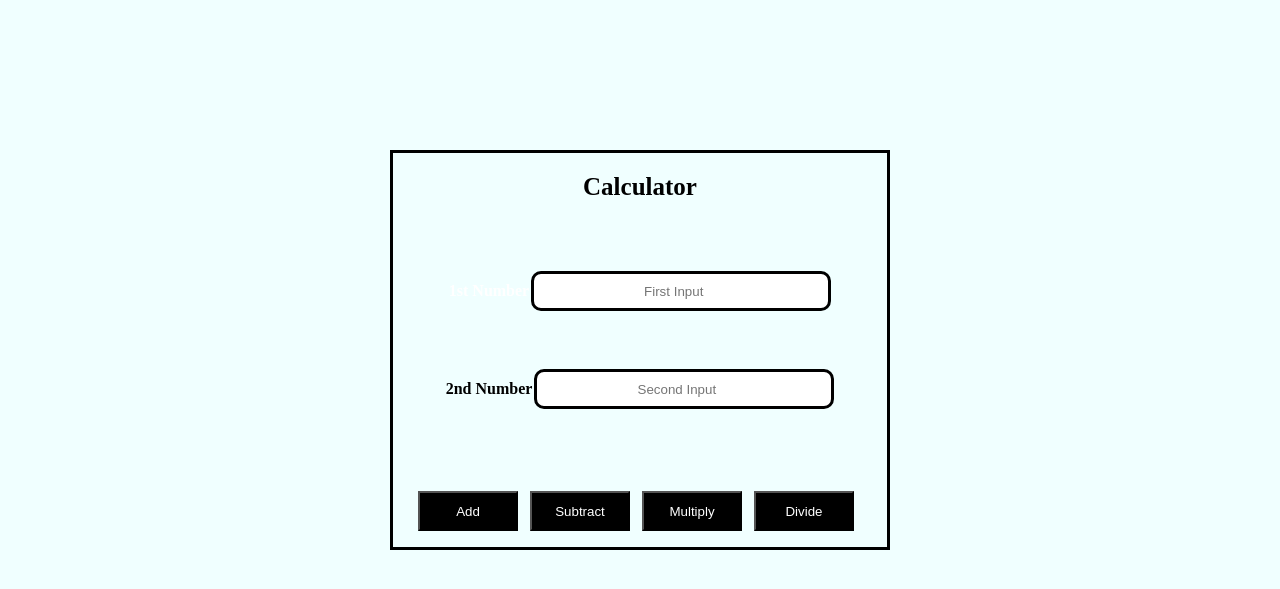
Repository: Shreyash1107/Intern_Projects
Page: Calculator/src/main/webapp/Calculator.html
The author's editor kept a copy of each file at every save. The page is drawn from the files as they stood at one save, then again after the next save.
The browser window is 1280 px wide. The pictures show the whole page.

Above is the page before, as saved 2024-07-03 11:15:58.

### Calculator/src/main/webapp/Calculator.html
<!DOCTYPE html>
<html>
<head>
<meta charset="ISO-8859-1">
<title>Calculator</title>
<link rel="stylesheet" href="style.css"/>
</head>
<body>
		<center>
			<form>
				<div class="wrapper">
			<h4>Calculator</h4>
			<div class="container">
					<table>
						<tr>
					<td style="color: white;">1st Number</td>&nbsp;
						<td><input type="number" name="First" value="" placeholder="First Input"</td>
					</tr>
					</table>
					<br><br>
					<table>
						<tr>
						<td>2nd Number</td>&nbsp;
						<td><input type="number" name="Second" value="" placeholder="Second Input"</td>
					</tr>
					</table>
					<div class="Result">
					<input type="submit" name="a" value="Add" autocomplete="off">&nbsp;&nbsp;
					<input type="submit" name="b" value="Subtract" autocomplete="off">&nbsp;&nbsp;
					<input type="submit" name="c" value="Multiply" autocomplete="off">&nbsp;&nbsp;
					<input type="submit" name="d" value="Divide" autocomplete="off">&nbsp;&nbsp;
					</div>
			</div>
		</div>
			</form>
		</center>
</body>
</html>

### Calculator/src/main/webapp/style.css
@charset "ISO-8859-1";
*
{
	padding: 0;
	margin:0;
	box-sizing: border-box;
}
body
{
	background-color:azure;
}
.wrapper
{
	width: 500px;
	height:400px;
	border: 3px solid black;
	margin:150px auto;
}
.wrapper h4
{
	padding-top: 20px;
	font-size: 25px;
}
.container
{
	padding-top: 50px;
}
.container tr td
{
	font-weight: bold;
	color:black;
}
.Result
{
	padding-top: 80px;
}
input[type="number"]
{
	width: 300px;
	height:40px;
	border: 3px solid black;
	border-radius: 10px;
}
input[type="number"]::placeholder
{
	text-align: center;
}
input[type="submit"]
{
	background-color: black;
	color: white;
	width: 100px;
	height: 40px;
}
input[type="submit"]:hover
{
	cursor: pointer;
	background-color:darkcyan;
}
h4:hover
{
	color:chartreuse;
	transform: scale(1.5);
	transition: 3s ease-in-out, transfrom 3s ease-in-out;
}

After the next save:
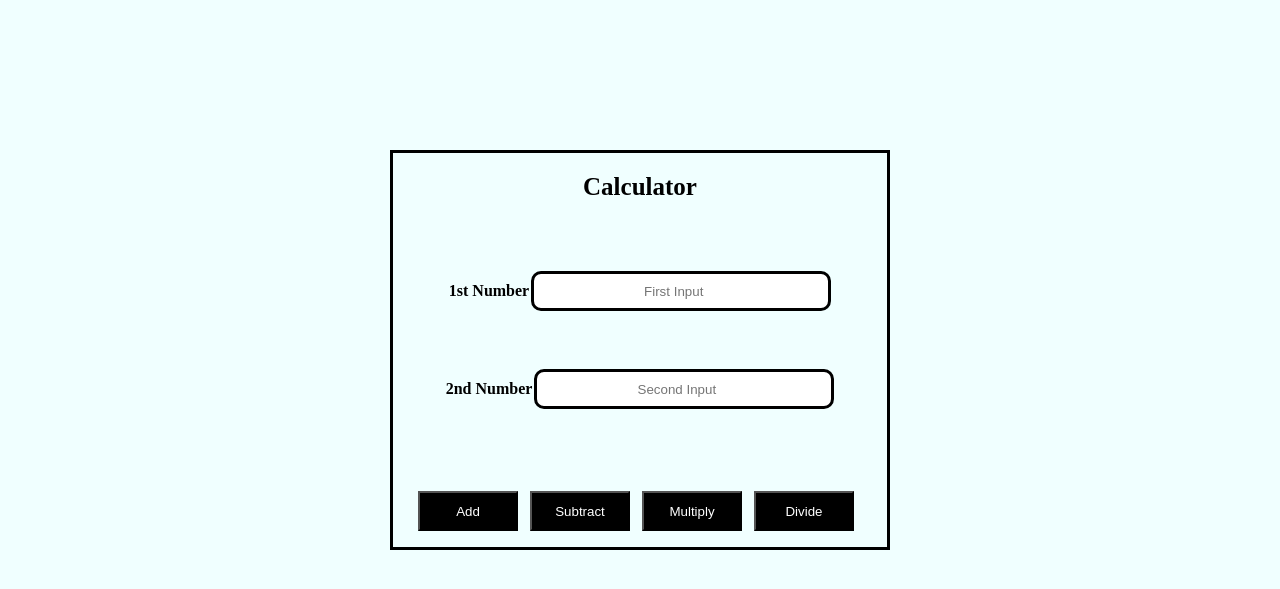
Saved 17 s later.
--- a/Calculator/src/main/webapp/Calculator.html
+++ b/Calculator/src/main/webapp/Calculator.html
@@ -13,7 +13,7 @@
 			<div class="container">
 					<table>
 						<tr>
-					<td style="color: white;">1st Number</td>&nbsp;
+					<td>1st Number</td>&nbsp;
 						<td><input type="number" name="First" value="" placeholder="First Input"</td>
 					</tr>
 					</table>
